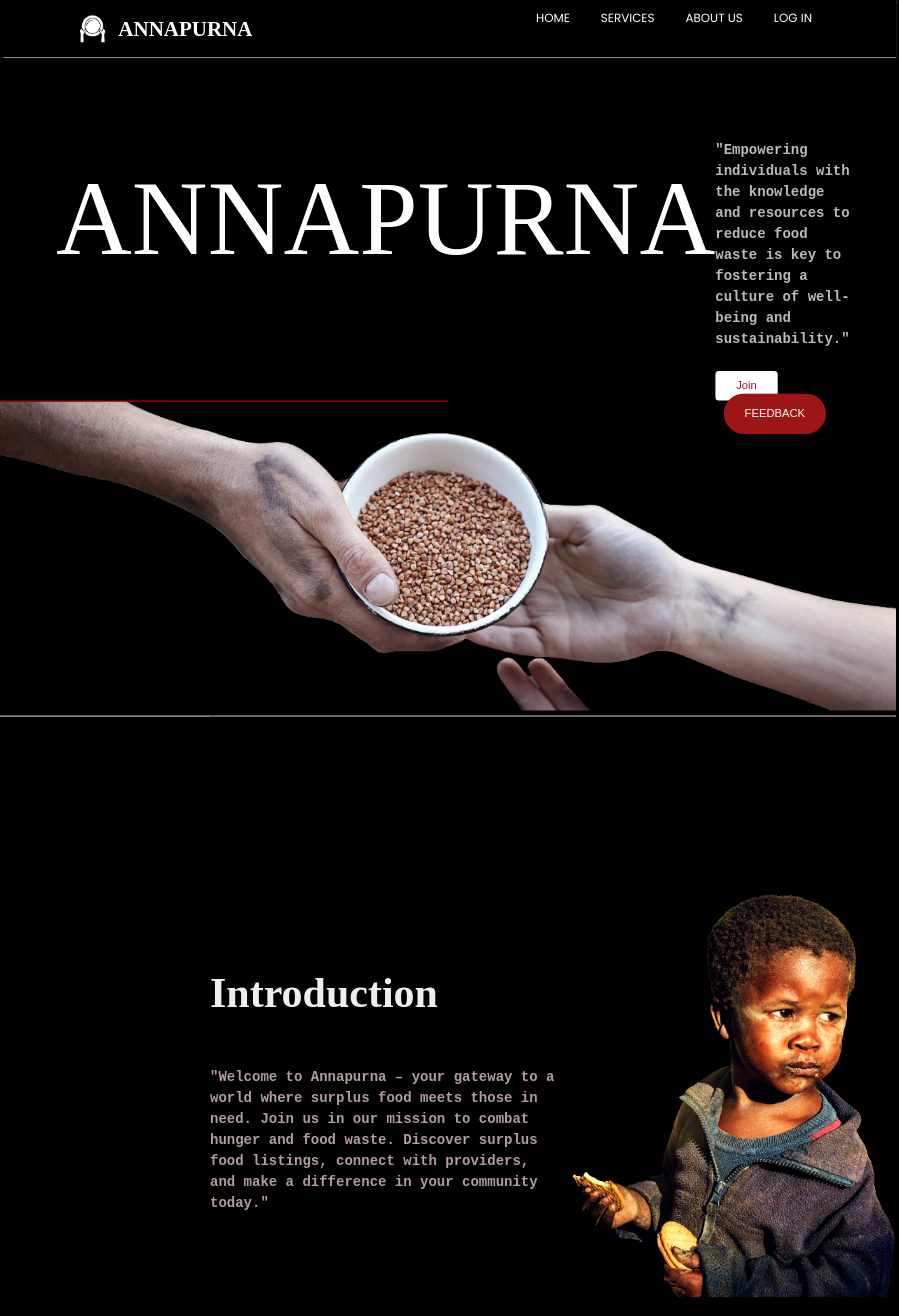
Repository: letscodeshivansh/Annapurna-fullstack-
Page: http://localhost/
These files come from the project's save history. The page is drawn as it stood at one moment and after a run of saves; the edit follows.
The browser window is 1280 px wide. The page is 1284 px wide, so the pictures cover 1284 px, including what lies to the right of the window. The pictures show the part of the page from y = 0 to 1880 px (the page is 4659 px tall), at 70% of full size.
Some web fonts or font styles are not loaded; a fallback is used. Some web libraries are served in a nearby version. The page is served by the project's Node server (src/server.js).

Above is the page before, as saved 2024-06-13 18:34:15.

### templates/landing.ejs
<!--<?php
    session_start();


        include("connection.php");
        include("functions.php");

        $user_data = check_login($con);

    ?>-->

    <!DOCTYPE html>
    <html lang="en">
    <head>
        <meta charset="UTF-8">
        <meta name="viewport" content="width=device-width, initial-scale=1.0">
        <title>Annapurna</title>
        <style>
           @font-face {
                font-family: "heading-font";
                src: url('annapurna/Noto_Serif/NotoSerif-VariableFont_wdth,wght.ttf');
            }
        </style>
        <link rel = "stylesheet" href="style.css">
        <script src="https://kit.fontawesome.com/a076d05399.js" crossorigin="anonymous"></script>
        <link rel="stylesheet" href="https://use.fontawesome.com/releases/v5.6.3/css/all.css" integrity="sha384-UHRtZLI+pbxtHCWp1t77Bi1L4ZtiqrqD80Kn4Z8NTSRyMA2Fd33n5dQ8lWUE00s/" crossorigin="anonymous">

    </head>
    <body>

    <!--main landing page-->
        <div class="container4">
            <nav>
                <input type="checkbox" id="check">
                <label for = "check" class="checkbtn">
                    <i class="fas fa-bars" style="cursor: pointer;"></i>
                </label>

                <img src="mainlogo-photoaidcom-invert-removebg-preview.png" alt="" style="height: 64px; width:64px; margin-top: 9px; margin-left: 100px">
                <label class="logo" style="padding-left: 5px; font-family: heading-font; position: fixed;padding-top:19px">ANNAPURNA</label>


                <ul>

                    <li><a href="#">HOME</a></li>
                    <li><a href="#">SERVICES</a></li>
                    <li><a href="aboutus">ABOUT US</a></li>
                    <li><a href="login">LOG IN</a></li>

                </ul>
            </nav>


            <div style="display: flex; justify-content: space-between;">
                <div>

                    <h1 class = "logos" style = "font-family: heading-font;">ANNAPURNA</h1>
                </div>

                <div class="moto" style="padding-top: 200px; padding-bottom: 0px; padding-right: 70px; width: 25%; font-size:20px; color: rgb(187, 187, 187);">
                    <h4 style = "font-family: monospace; ">
                        "Empowering individuals with the knowledge and resources to reduce food waste is key to fostering a culture of well-being and sustainability."
                    </h4>
                    <div><a href="#">
                        <a href="login">
                        <button class = "btn btn-info btn-lg" style="cursor: pointer;">
                            Join
                        </button></a>
                        </a>
                    </div>

                </div>
            </div><hr class="hr1" color="red" />
            <div class = "hands">

                <img src="2.png" style="width: 100%;">
                <hr class="hr2"/>
            </div>

        </<div>


    <!--introduction-->
        <div class="container3" >
            <div class="slide1">

                <div class="intro">
                    <h2 style = "font-family: heading-font;">Introduction</h2>
                    <br>

                    <h4 style = "font-family: monospace; font-size:20px;">"Welcome to Annapurna – your gateway to a world where surplus food meets those in need. Join us in our mission to combat hunger and food waste. Discover surplus food listings, connect with providers, and make a difference in your community today."</h4>
                </div>


                <div class="intropic">

                    <img src = "9-png.png" >
                </div>
            </div>


        </div>
        <hr/>
    <!--About-->
        <div class="container5">
            <div class="slide3" style="background: linear-gradient(454deg, #9574ff, #ff5353);">
                <div class="about">
                    <h2 style = "font-family: heading-font;">
                        ABOUT
                    </h2>
                    <br>
                    <br>
                    <h3 style = "font-family: monospace; font-size:20px;">
                        Annapurna Premium is an innovative platform that revolutionizes the way surplus food is managed, connecting food providers with consumers and donors to combat hunger and food waste. Building upon the success of our standard Annapurna website, Annapurna Premium offers enhanced features and services tailored to meet the diverse needs of our users.
                    </h3>
                    <br>
                    <h3 style = "font-family: monospace; font-size:20px;">
                        Our mission is simple yet profound: to create a world where no one goes hungry and where surplus food is utilized to its fullest potential. With Annapurna Premium, food providers have the opportunity to sell or donate surplus food on a daily or regular basis, empowering them to generate income while making a positive impact on their communities.
                    </h3>
                </div>
            </div>
        </div>

    <!--Our team-->

        <div class="container6">
            <div class="slide4">
                <div class="team">
                    <h2 style = "font-family: heading-font;">
                        OUR TEAM
                    </h2>
                    <br>
                </div>
                <div class="pics">
                    <div class="parth">
                        <img src="parth.jpeg" alt="">
                        <h1 style = "font-family: monospace; font-size:20px;">Parth Sauguny</h1>
                        <p style="font-size: 20px">Project <br>Documentation <br>& Reporting</p>

                    </div>

                    <div class="shivansh">
                        <img src="shivansh.jpg" alt="">
                        <h1 style = "font-family: monospace; font-size:20px;">Shivansh Srivastava</h1>
                        <p style="font-size: 20px">Team <br>Management <br>& Leadership</<p>
                    </div>
                    <div class="sourav">
                        <img src="sotrav1.jpeg" alt="">
                        <h1 style = "font-family: monospace; font-size:20px;">Sourav Kispotta</h1>
                        <p style="font-size: 20px">Technical <br>Oversight &<br> Decision-Making</p>
                    </div>
                </div>
            </div>
        </div>


    <!--footer-->
        <hr>
        <div class="container">
            <footer class="footer">
                <div class="container2">
                    <div class="row">
                        <div class="footer-col">
                            <h4>company</h4>
                            <ul>
                                <li><a href="#">about us</a></li>
                                <li><a href="#">our services</a></li>
                                <li><a href="#">privacy policy</a></li>
                                <li><a href="#">affiliate program</a></li>
                            </ul>
                        </div>
                        <div class="footer-col">
                            <h4>get help</h4>
                            <ul>
                                <li><a href="#">FAQ</a></li>
                                <li><a href="#">shipping</a></li>
                                <li><a href="#">returns</a></li>
                                <li><a href="#">order status</a></li>
                                <li><a href="#">payment options</a></li>
                            </ul>
                        </div>

                        <div class="footer-col">
                            <h4>follow us</h4>
                            <div class="social-links">
                                <a href="#"><i class="fab fa-facebook-f"></i></a>
                                <a href="#"><i class="fab fa-twitter"></i></a>
                                <a href="https://www.instagram.com/annapurna0.official?utm_source=ig_web_button_share_sheet&igsh=ZDNlZDc0MzIxNw=="><i class="fab fa-instagram"></i></a>
                                <a href="#"><i class="fab fa-linkedin-in"></i></a>
                            </div>
                        </div>
                    </div>
                    <div class="tnc" style="color: white;">
                        Terms & Conditions
                    </div>
                </div>

            </footer>
        </div>

    <!--Sticky feedback button-->
        <div class="container7">
            <div class="stickybutton">
                <a href="feedback.html">
                <button class = "btn btn-info btn-lg" style="cursor: pointer; bottom: 50px;">
                    FEEDBACK

                </button>
                </a>
            </div>
        </div>
    </body>
    </html>

### src/mongodb.js
const mongoose = require("mongoose");

// Retrieve MongoDB connection URI from environment variable
const mongoURI = process.env.MONGODB_URI || "mongodb://127.0.0.1:27017/Annapurna";

mongoose.connect(mongoURI, { useNewUrlParser: true, useUnifiedTopology: true })
  .then(() => {
    console.log("MongoDB connected");
  })
  .catch((error) => {
    console.error("MongoDB connection error:", error);
  });

const userSchema = new mongoose.Schema({
  username: {
    type: String,
    required: true,
    unique: true // Ensure username is unique
  },
  password: {
    type: String,
    required: true
  }
});

const foodSchema = new mongoose.Schema({
    title: {
      type: String,
      required: true
    },
    description: {
      type: String,
      required: true
    },
    deadline: {
      type: Date,
      required: true
    },
    price: {
      type: Number,
      required: true // Ensure price is required
    },
    images: [{
      type: String, // Assuming that we will store image URLs as strings
    }],
    feeder: {
      type: String,
      required: true
    }
});

// Create and export the User model
const User = mongoose.model('User', userSchema);
const Food = mongoose.model('Food', foodSchema);

module.exports = { User, Food };

### public/style.css
@import url('https://fonts.googleapis.com/css2?family=Poppins:wght@200;300;400;500;600;700&display=swap');
*{
    padding: 0;
    margin: 0;
    text-decoration: none;
    list-style: none;
    box-sizing: border-box;
    background: rgb(0, 0, 0);
}

body{
    font-family: "Poppins" ;
}
.moto{
    font-size: 80px;
    padding-top: 150px;
    padding-bottom: 0px;
    padding-right: 80px;
    width: 40%;
    color: rgb(187, 187, 187);

}

.moto button{
    background-color: #ffffff; /* Green */
    border: none;
    color: #9c1616;
    padding: 12px 30px;
    text-align: center;
    text-decoration: none;
    display: inline-block;
    font-size: 16px;
    border-radius: 5px;
    margin-top: 30px;

}

.moto h4:hover{
    color: #9c1616;
	margin-left: 20px;
    transition: all 0.5s ease;

}
.moto button:hover{
    color: white;
    background-color: #9c1616;
    margin-left: 20px;
    transition: all 0.5s ease;
}


.logos{
    position: relative;
    font-size:150px;
    color: white;
    font-weight: 450;
    padding-left: 80px;
    padding-bottom: 0;
    padding-top: 200px;

}

.logos:hover{
    position: relative;
    padding-left: 100px;
    transition: all 0.5s ease-in-out;
    color: #666666;
}


nav{
    height: 82px;
    width: 100%;
    box-shadow: 2px 1px 2px #eee;
    position: fixed;

    transition: 0.6s;
    z-index: 100000;

}



nav ul{
    float: right;
    margin-right: 100px;
}

nav ul li{
    display: inline-block;
    line-height: 50px;
    margin: 0 5px;

}


nav ul li a{

    color:white;
    font-size: 17px;
    border-radius: 30px;
    padding: 10px 15px;
    text-transform: uppercase;
}

a.active,a:hover{
    color: #b92f2f;
    cursor: pointer;
    background: none;
    padding-right: 20px;
    transition: all 0.5s ease;


}

.checkbtn{
    font-size: 30px;
    color: rgb(255, 255, 255);
    float: right;
    line-height:78px;
    margin-right:40px;
    cursor: pointer;
    display: none;
}
label.logo{
    color: white;
    font-size: 30px;
    padding-top: 25px ;
    position: fixed;
    cursor: pointer;
    font-weight:600;





}
#check{
    display: none;

}
.hr1{
    color: red;
    width: 50%;
    margin-inline-end: 0;
}
.hands:hover{
    padding-left: 15px;
    transition:all 0.5s ease;
}


@media (max-width: 952px){
    label.logo{
        font-size: 30px;
        padding-left: 30px;
    }

    .logos{
        display: none;
    }
    nav ul li a{
        font-size: 16px;
    }
}
@media (max-width: 858px){



    .checkbtn{
        display: block;

    }

    nav{
        height: 78px;
        box-shadow: 2px 1px 2px #eee;
    }
    ul{
        position:fixed;
        width: 100%;
        height: 100vh;
        top: 80px;
        left: -100%;
        text-align: center;
        transition: all 0.5s ease;


    }
    nav ul li{
        display:block;
        margin: 50px 0;
        line-height:30px;


    }
    nav ul li a{
        font-size:20px;

    }
    a:hover,a.active{
        background:none;
        color: #9c1616;
    }

    #check:checked ~ ul{
        left: 0;
    }
}

.intro{

    font-size: 40px;
    padding-top: 350px;
    margin-left: 300px;
    color: rgb(179, 156, 156);
    width: 50%;


}

.intro h2{
    color: #eee;
    font-size: 60px;


}
.intro h4{
    font-size: 25px;
}
.intropic{
    padding-top: 250px;
    padding-bottom: 320px;

}

.container5{
    padding-bottom: 350px;
}
.about h2{
    font-size: 50px;
    color: white;
    padding-left: 300px;

    margin-top: 150px;

}

.about h3{
    color: rgb(179,156,156);
    font-size: 25px;
    padding-left: 300px;
    padding-right: 300px;

}


/*
footer css
*/
@import url('https://fonts.googleapis.com/css2?family=Poppins:wght@300;400;500;600;700&display=swap');
body{
	line-height: 1.5;
	font-family: 'Poppins', sans-serif;

}
*{

	margin:0;
	padding:0;
    background: #000000;
	box-sizing: border-box;

}
.container{
    background: #000000;

}
.container2{
	max-width: 100%;
    padding-left: 80px;
    margin-top: 50px;
    margin-bottom: 80px;


}
.slide1{
    display: flex;
}

.row{
	display: flex;
	flex-wrap: wrap;


}
ul{
	list-style: none;

}
.footer{
	background-color: #000000;


}
.footer-col{
   width: 25%;
   padding: 0px 15px;

}
.footer-col h4{
	font-size: 18px;
	color: #ffffff;
	text-transform: capitalize;
	margin-bottom: 35px;
	font-weight: 500;
	position: relative;

}
.footer-col h4::before{
	content: '';
	position: absolute;
	left:0;
	bottom: -10px;
	background-color: #e91e63;
	height: 2px;
	box-sizing: border-box;
	width: 50px;
}
.footer-col ul li:not(:last-child){
	margin-bottom: 10px;
}
.footer-col ul li a{
	font-size: 16px;
	text-transform: capitalize;
	color: #ffffff;
	text-decoration: none;
	font-weight: 300;
	color: #bbbbbb;
	display: block;
    border-radius: 20px;
	transition: all 0.3s ease;
    padding-bottom: 10px;
}
.footer-col ul li a:hover{
	color: #9c1616;
	padding-left: 8px;
    background: none;

}
.footer-col .social-links a{
	display: inline-block;
	height: 40px;
	width: 40px;
	background-color: rgba(179, 174, 174, 0.2);
	margin:0 10px 10px 0;
	text-align: center;
	line-height: 40px;
	border-radius: 50%;
	color: #ffffff;
	transition: all 0.5s ease;

}
.footer-col .social-links a:hover{
	color: #ffffff;
	background-color: #645f5f;

}

/*responsive*/
@media(max-width: 767px){

    .footer-col{
        width: 50%;
        margin-bottom: 30px;
    }

    .footer{
        position: fixed;
        bottom: 0;

    }



}
@media(max-width: 574px){
    .footer-col{
        width: 100%;
}


}
.stickybutton{
    position: fixed;
    bottom:100px;
    right: 100px;
    background: none;

}
.stickybutton button{
    background-color: #9c1616; /* Green */
    border: none;
    color: #ffffff;
    padding: 20px 30px;
    text-align: center;
    text-decoration: none;
    display: inline-block;
    font-size: 16px;
    border-radius: 30px;
    text-decoration: none;


}

.stickybutton button:hover{
    box-shadow: #e91e63 2px 2px 3px;
    transition: all 0.5s ease;
}
.team{
    color: white;
    text-align: center;
    font-size: 40px;
    padding-top: 0px;
}
.parth img{
    height: 300px;
    width: 300px;
    border-radius: 10px;
}


.shivansh img{
    height: 300px;
    width: 300px;
    border-radius: 10px;
}

.sourav img{
    height: 300px;
    width: 300px;
    border-radius: 10px;

}

.pics {
    display: flex;
    justify-content: space-evenly;
    color: white;
    text-align: center;
    padding-top:100px;

}

.parth h1, .shivansh h1, .sourav h1{
    padding-top: 30px ;
}

.parth img:hover, .shivansh img:hover, .sourav img:hover{
    width: 350px;
    height: 350px;
    transition: all 0.5s ease-in-out;
    box-shadow: #7c7c7c 7px 7px 7px;


}
.jasmin p, .shivansh p, .sourav p{
    padding-top: 25px;
    padding-bottom: 250px;

}

.black-bg h2 {
    text-align: left;
    font-size: 69px;
    margin: 45px 20px;
}

/* Base card styling */
.card {
    display: grid;
    grid-template-columns: repeat(10, 1fr);
    justify-content: space-between;
    align-items: center;
    width: 100%;
    border: 1px solid #ddd;
    padding: 20px;
    box-sizing: border-box;
    transition: box-shadow 0.3s ease;
    margin-bottom: 60px;
    background: linear-gradient(-20deg, #ffffff, #d9d6d396);
    border-radius: 30px;
    box-shadow: 0 0 6px 6px rgba(255, 255, 255, 0.7);
}

.card:hover {
    box-shadow:
        10px 10px 10px rgba(174, 170, 170, 0.2),
        -10px 10px 10px rgba(200, 200, 200, 0.2),
        10px -10px 10px rgba(255, 255, 255, 0.2),
        -10px -10px 10px rgba(215, 215, 215, 0.2);
}

/* Card elements styling */
.card .image {
    grid-column: 1 / 2;
    width: 100px;
    height: 100px;
    border-radius: 50%;
    background: #ffffff;
    background-size: cover;
    background-position: center;
    margin-left: 20%;
    text-align: center;
    padding: 10px;
}

.card .title {
    grid-column: 2 / 4;
    text-align: center;
    padding: 10px;
    font-weight: bold;
    font-size: 25px;
}

.card .description {
    grid-column: 4 / 8;
    text-align: center;
    padding: 10px;
}

.card .deadline {
    grid-column: 8 / 9;
    text-align: center;
    padding: 10px;
    font-weight: bold;
}

.card .price {
    grid-column: 9 / 10;
    text-align: center;
    padding-left: 50%;
    padding-bottom: 8%;
    font-weight: 700;
    font-size: 20px;
}

.card .price {
    font-weight: bold;
}

.card .chat-button {
    grid-column: 10 / 11;
    text-align: center;
    padding-left: 40%;
}

.chat-button {
    display: flex;
    align-items: right;
    color: white;
    cursor: pointer;
    text-align: right;
    text-decoration: none;
}

.chat-button a {
    display: flex;
    align-items: center;
    text-decoration: none;
}

.chat-icon {
    width: 60px;
    height: 60px;
    border-radius: 50%;
}

.edit-button {
    grid-column: 10 / 11;
    border-radius: 5px;
}

.edit-button:hover {
    background-color: rgba(240, 248, 255, 0.718);
    font-weight: 600;
}

/* Responsive styling */
@media (max-width: 1024px) {
    .card {
        grid-template-columns: repeat(8, 1fr);
    }
    .card .title {
        grid-column: 2 / 5;
    }
    .card .description {
        grid-column: 5 / 8;
    }
    .card .deadline {
        grid-column: 8 / 9;
    }
    .card .price {
        grid-column: 9 / 10;
        padding-left: 0;
    }
    .card .chat-button {
        grid-column: 10 / 11;
        padding-left: 0;
    }
}

@media (max-width: 768px) {
    .card {
        grid-template-columns: repeat(4, 1fr);
        text-align: center;
    }
    .card .image {
        grid-column: 1 / -1;
        margin-left: 0;
        width: 70px;
        height: 70px;
    }
    .card .title {
        grid-column: 1 / -1;
        font-size: 20px;
    }
    .card .description {
        grid-column: 1 / -1;
    }
    .card .deadline {
        grid-column: 1 / 3;
    }
    .card .price {
        grid-column: 3 / 4;
        padding-left: 0;
        padding-bottom: 0;
    }
    .card .chat-button {
        grid-column: 4 / 5;
        padding-left: 0;
    }
}

@media (max-width: 480px) {
    .card {
        grid-template-columns: 1fr;
    }
    .card .image,
    .card .title,
    .card .description,
    .card .deadline,
    .card .price,


    .card .chat-button {
        grid-column: 1 / -1;
        padding-left: 2px;
        padding-bottom: 10px;
    }
}

Loaded but not shown: src/server.js (159 lines, source omitted)

After the next 3 saves:
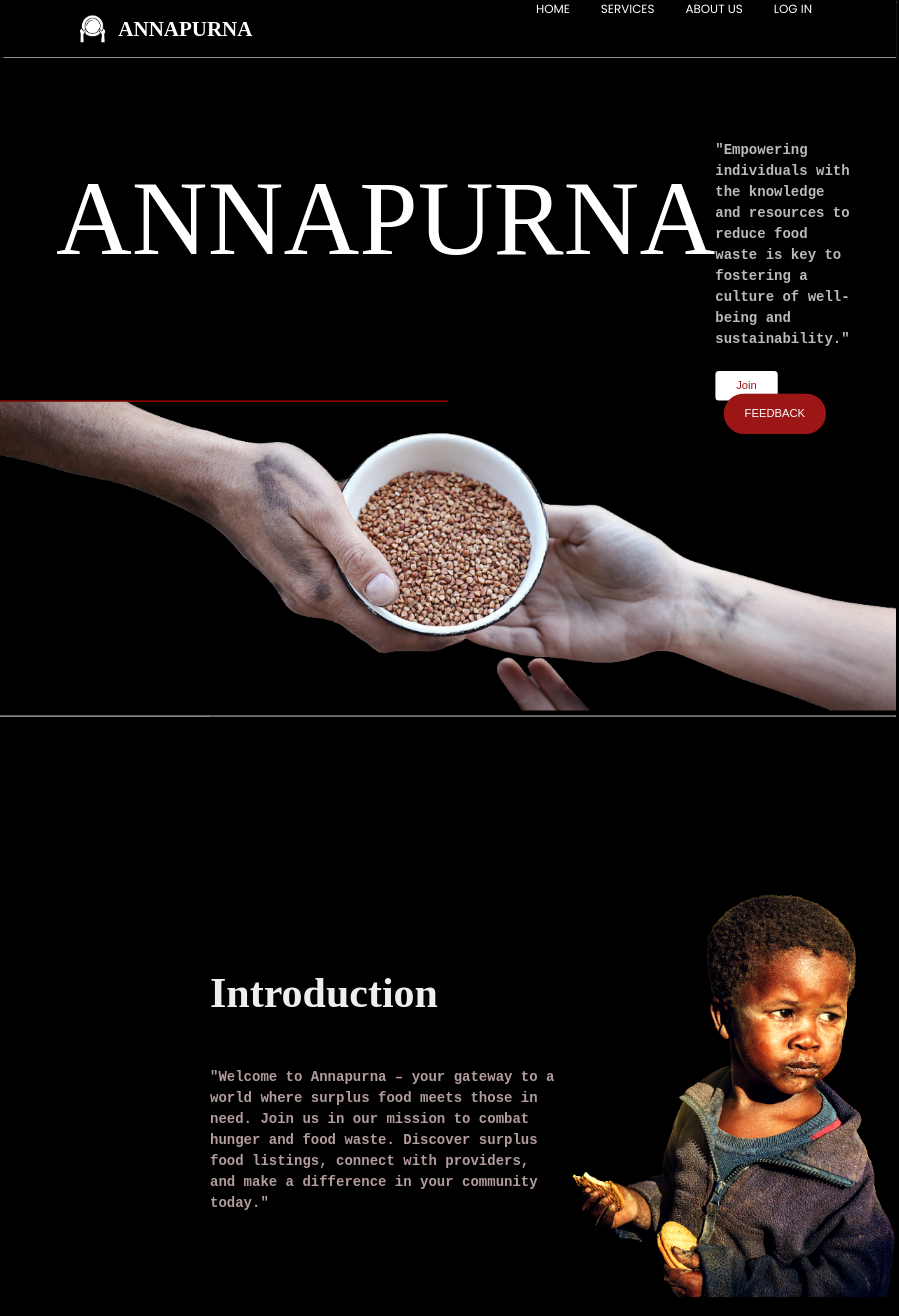
The 3 saves are shown as one change because they came seconds apart.
The last was saved 6 s later.
--- a/public/style.css
+++ b/public/style.css
@@ -88,7 +88,7 @@ nav ul{
 
 nav ul li{
     display: inline-block;
-    line-height: 50px;
+    line-height:25px;
     margin: 0 5px;
 
 }
